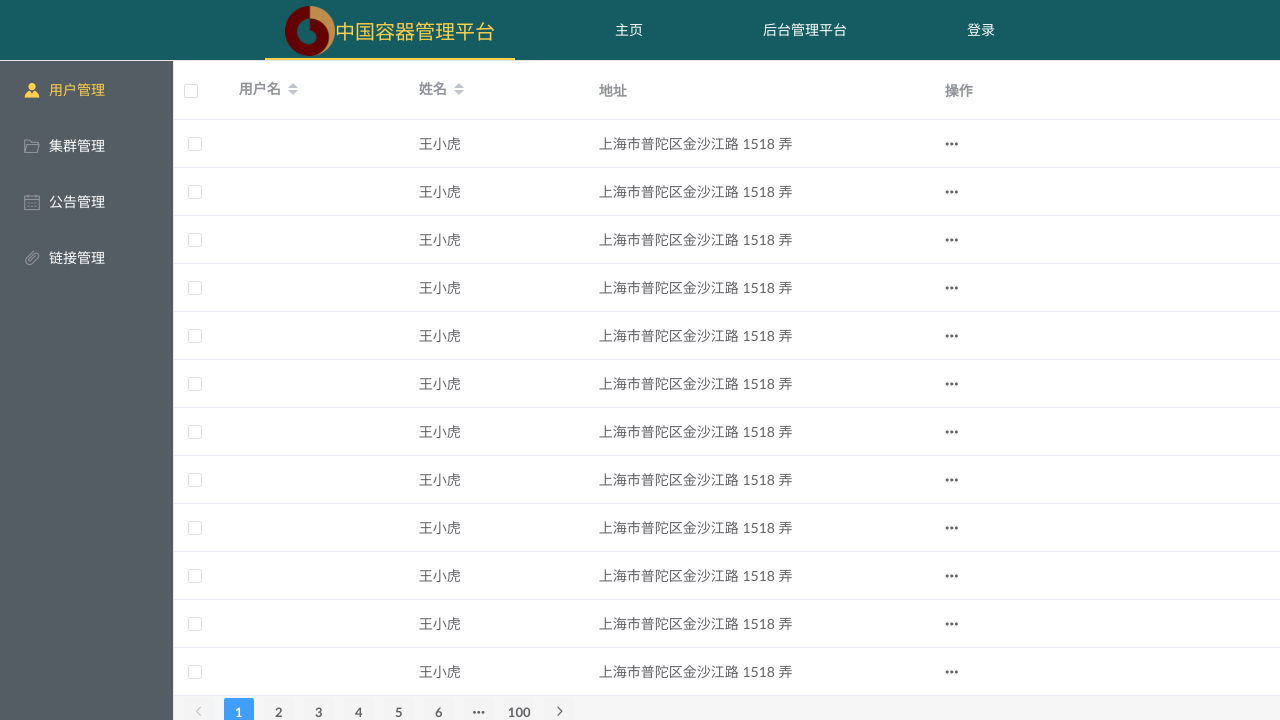
Repository: lei123zhou/zhongjin
Page: /main/management/user
These files come from the project's save history. The page is drawn as it stood at one moment and after a run of saves; the edit follows.
The browser window is 1280 px wide. The pictures show the whole page.
The project was rebuilt for these pictures with package versions that can differ from the ones it lists, and the page was loaded fresh each time. Also part of the build but not shown: vue.config.js.

Above is the page before, as saved 2022-08-29 22:13:04.

### src/main.js
import Vue from "vue";
import App from "./App.vue";

Vue.config.productionTip = false;
import "./plugins/element";

import "./main.less";
import router from "./route/index.js";
import store from "./store/index.js";
new Vue({
  router,
  store,
  render: (h) => h(App),
}).$mount("#app");

### src/App.vue
<template>
  <div id="app">
    <router-view></router-view>
  </div>
</template>

<script>
export default {
};
</script>

<style>
#app{
  height: 100%;
  overflow: hidden;

}
</style>>

### src/plugins/element.js
import Vue from "vue";
import {
  Button,
  Form,
  Input,
  Icon,
  FormItem,
  Loading,
  Card,
  Menu,
  MenuItem,
  Submenu,
  Table,
  TableColumn,
  Dropdown,
  DropdownMenu,
  DropdownItem,
  Tooltip,
  Popover,
  Pagination,
  Link,
  Dialog,
  Row,
  Col,
} from "element-ui";
import "element-ui/lib/theme-chalk/index.css";
Vue.use(Button);
Vue.use(Form);
Vue.use(Input);
Vue.use(Icon);
Vue.use(FormItem);
Vue.use(Card);
Vue.use(Menu);
Vue.use(MenuItem);
Vue.use(Submenu);
Vue.use(Table);
Vue.use(TableColumn);
Vue.use(Dropdown);
Vue.use(DropdownMenu);
Vue.use(DropdownItem);
Vue.use(Tooltip);
Vue.use(Popover);
Vue.use(Pagination);
Vue.use(Link);
Vue.use(Dialog);
Vue.use(Row);
Vue.use(Col);
Vue.use(Loading);

### src/main.less
@media (min-width:0px){
    html{font-size:12px;}
}
@media (min-width: 320px){
    html{font-size:12px;}
}
@media (min-width: 340px){
    html{font-size:13px;}
}
@media (min-width: 360px){
    html{font-size:14px;}
}
@media (min-width: 380px){
    html{font-size:15px;}
}
@media (min-width: 400px){
    html{font-size:15px;}
}
@media (min-width: 420px){
    html{font-size:16px;}
}
*{
    margin: 0;
    padding: 0;
}
ul,ol,li,dl{
    list-style-type: none;
}
a{
    text-decoration: none;
}
html,body{
    height: 100%;

    overflow: hidden;

}
body{
    font-family: 'Trebuchet MS', 'Lucida Sans Unicode', 'Lucida Grande', 'Lucida Sans', Arial, sans-serif;
    color: #666;
    line-height: 1.5;
}
.bottom-border,
.top-border {
  position: relative;
}

.bottom-border::after,
.top-border::before {
  content: '';
  position: absolute;
  left: 0;
  right: 0;
  height: 1px;
  background-color:#d43c33;
  transform: scaleY(0.5);
}

.top-border::before {
  top: 0;
}

.bottom-border::after {
  bottom: 0;
}

### src/route/index.js
import Vue from "vue";
import VueRouter from "vue-router";
Vue.use(VueRouter);
const originPush = VueRouter.prototype.push;
VueRouter.prototype.push = function push(location) {
  return originPush.call(this, location).catch((err) => err);
};
const routes = [
  { path: "/", redirect: "/login" },
  {
    path: "/login",
    name: "login",
    component: () => import("../pages/login/LoginPage.vue"),
  },
  {
    path: "/main",
    name: "main",
    component: () => import("../pages/main/MainPage.vue"),
    children: [
      { path: "", redirect: "/main/home" },
      {
        path: "home",
        name: "home",
        component: () => import("../pages/home/HomePage.vue"),
      },
      {
        path: "management",
        name: "management",
        component: () => import("../pages/management/ManagementPage.vue"),
        children: [
          { path: "", redirect: "/main/management/user" },
          {
            path: "user",
            name: "user",
            component: () => import("../pages/management/user/UserPage.vue"),
          },
          {
            path: "link",
            name: "link",
            component: () => import("../pages/management/link/LinkPage.vue"),
          },
          {
            path: "colony",
            name: "colony",
            component: () =>
              import("../pages/management/colony/ColonyPage.vue"),
          },
          {
            path: "notice",
            name: "notice",
            component: () =>
              import("../pages/management/notice/NoticePage.vue"),
          },
        ],
      },
    ],
  },
];
const router = new VueRouter({
  routes,
  mode: "history",
});
export default router;

### src/store/index.js
import Vue from 'vue';
import Vuex from 'vuex';
Vue.use(Vuex);
export default new Vuex.Store({
    state:{},
    getters:{},
    mutations:{}
})

### src/pages/main/MainPage.vue
<template>
  <div class="main">
    <div class="heard">
      <el-menu
        :default-active="activeIndex2"
        class="el-menu-demo"
        mode="horizontal"
        @select="handleSelect"
        background-color="#145c61"
        text-color="#fff"
        active-text-color="#ffd04b"
      >
        <el-menu-item index="1">
          <template slot="title">
            <img src="../../assets/u2.png" alt="" id="logo" />
            <span class="login-title">中国容器管理平台</span>
          </template></el-menu-item
        >
        <el-menu-item index="2">主页</el-menu-item>
        <el-menu-item index="3" @click="toManagement"
          >后台管理平台</el-menu-item
        >
        <el-menu-item index="null">登录</el-menu-item>
      </el-menu>
    </div>
    <router-view></router-view>
  </div>
</template>

<script>
export default {
  data() {
    return {
      activeIndex: "1",
      activeIndex2: "1",
    };
  },
  methods: {
    handleSelect(key, keyPath) {
      console.log(key, keyPath);
    },
    toManagement() {
      this.$router.push("/main/management");
    },
  },
};
</script>
<style lang="less" scoped>
.main {
  display: flex;
  flex-direction: column;
  justify-content: start;
  background-color: #f6f6f6;
  height: 100%;
  .heard {
    width: 100%;
    background-color: "#145c61";
  }
}
.login-title {
  font-size: 20px;
  line-height: 61px;
}
.clearfix {
  display: flex;
  align-content: center;
  justify-content: space-around;
}
#logo {
  width: 50px;
}
/deep/.el-menu.el-menu--horizontal {
  display: flex;
  justify-content: center;
  li {
    margin: 0 40px;
    padding: 0 20px;
  }
}
</style>

### src/pages/management/ManagementPage.vue
<template>
  <div class="manangement">
    <el-menu
      default-active="user"
      class="el-menu-vertical-demo"
      @open="handleOpen"
      @close="handleClose"
      background-color="#545c64"
      text-color="#fff"
      active-text-color="#ffd04b"
      router
    >
      <el-menu-item index="user">
        <i class="el-icon-s-custom"></i>
        <span slot="title">用户管理</span>
      </el-menu-item>
      <el-menu-item index="colony">
        <i class="el-icon-folder-opened"></i>
        <span slot="title">集群管理</span>
      </el-menu-item>
      <el-menu-item index="notice">
        <i class="el-icon-date"></i>
        <span slot="title">公告管理</span>
      </el-menu-item>
      <el-menu-item index="link">
        <i class="el-icon-paperclip"></i>
        <span slot="title">链接管理</span>
      </el-menu-item>
    </el-menu>
    <router-view></router-view>
  </div>
</template>

<script>
export default {
  methods: {
    handleOpen(key, keyPath) {
      console.log(key, keyPath);
    },
    handleClose(key, keyPath) {
      console.log(key, keyPath);
    },
  },
};
</script>

<style lang="less" scoped>
.manangement {
  display: flex;
  width: 100%;
  height: 100%;
  .el-menu{
    width: 200px;
  }
}

</style>

### src/pages/management/user/UserPage.vue
<template>
  <div class="user">
    <el-table
      ref="multipleTable"
      :data="tableData"
      tooltip-effect="dark"
      style="width: 100%"
      @selection-change="handleSelectionChange"
    >
      <el-table-column type="selection" width="55"> </el-table-column>
      <el-table-column prop="username" label="用户名" sortable width="180">
      </el-table-column>
      <el-table-column prop="name" label="姓名" sortable width="180">
      </el-table-column>
      <el-table-column prop="address" label="地址" :formatter="formatter">
      </el-table-column>
      <el-table-column label="操作">
        <el-popover placement="right" width="40" trigger="hover">
          <template slot-scope="scope">
            <el-button size="mini" @click="handleEdit(scope.$index, scope.row)"
              >编辑</el-button
            >
            <el-button
              size="mini"
              type="danger"
              @click="handleDelete(scope.$index, scope.row)"
              >删除</el-button
            >
          </template>
          <i slot="reference" class="el-icon-more"></i>
        </el-popover>
      </el-table-column>
    </el-table>
    <el-pagination background layout="prev, pager, next" :total="1000">
    </el-pagination>
    <div style="margin-top: 20px" v-if="allDel">
      <el-button @click="toggleSelection([tableData[1], tableData[2]])"
        >全部删除</el-button
      >
      <el-button @click="toggleSelection()">取消选择</el-button>
    </div>
  </div>
</template>

<script>
export default {
  data() {
    return {
      allDel: false,
      tableData: [
        {
          date: "2016-05-03",
          name: "王小虎",
          address: "上海市普陀区金沙江路 1518 弄",
        },
        {
          date: "2016-05-03",
          name: "王小虎",
          address: "上海市普陀区金沙江路 1518 弄",
        },
        {
          date: "2016-05-03",
          name: "王小虎",
          address: "上海市普陀区金沙江路 1518 弄",
        },
        {
          date: "2016-05-03",
          name: "王小虎",
          address: "上海市普陀区金沙江路 1518 弄",
        },
        {
          date: "2016-05-03",
          name: "王小虎",
          address: "上海市普陀区金沙江路 1518 弄",
        },
        {
          date: "2016-05-03",
          name: "王小虎",
          address: "上海市普陀区金沙江路 1518 弄",
        },
        {
          date: "2016-05-03",
          name: "王小虎",
          address: "上海市普陀区金沙江路 1518 弄",
        },
        {
          date: "2016-05-03",
          name: "王小虎",
          address: "上海市普陀区金沙江路 1518 弄",
        },
        {
          date: "2016-05-03",
          name: "王小虎",
          address: "上海市普陀区金沙江路 1518 弄",
        },
        {
          date: "2016-05-02",
          name: "王小虎",
          address: "上海市普陀区金沙江路 1518 弄",
        },
        {
          date: "2016-05-04",
          name: "王小虎",
          address: "上海市普陀区金沙江路 1518 弄",
        },
        {
          date: "2016-05-01",
          name: "王小虎",
          address: "上海市普陀区金沙江路 1518 弄",
        },
      ],
    };
  },
  methods: {
    toggleSelection(rows) {
      if (rows) {
        rows.forEach((row) => {
          this.$refs.multipleTable.toggleRowSelection(row);
        });
      } else {
        this.$refs.multipleTable.clearSelection();
      }
    },
    handleSelectionChange(val) {
      this.multipleSelection = val;
      this.allDel = !this.allDel;
    },
    // 编辑删除
    handleEdit(index, row) {
      console.log(index, row);
    },
    handleDelete(index, row) {
      console.log(index, row);
    },

    formatter(row) {
      return row.address;
    },
  },
};
</script>

<style lang="less" scoped>
.user{
    width:100%;
}
</style>

Loaded but not shown: public/index.html (common file)

After the next 2 saves:
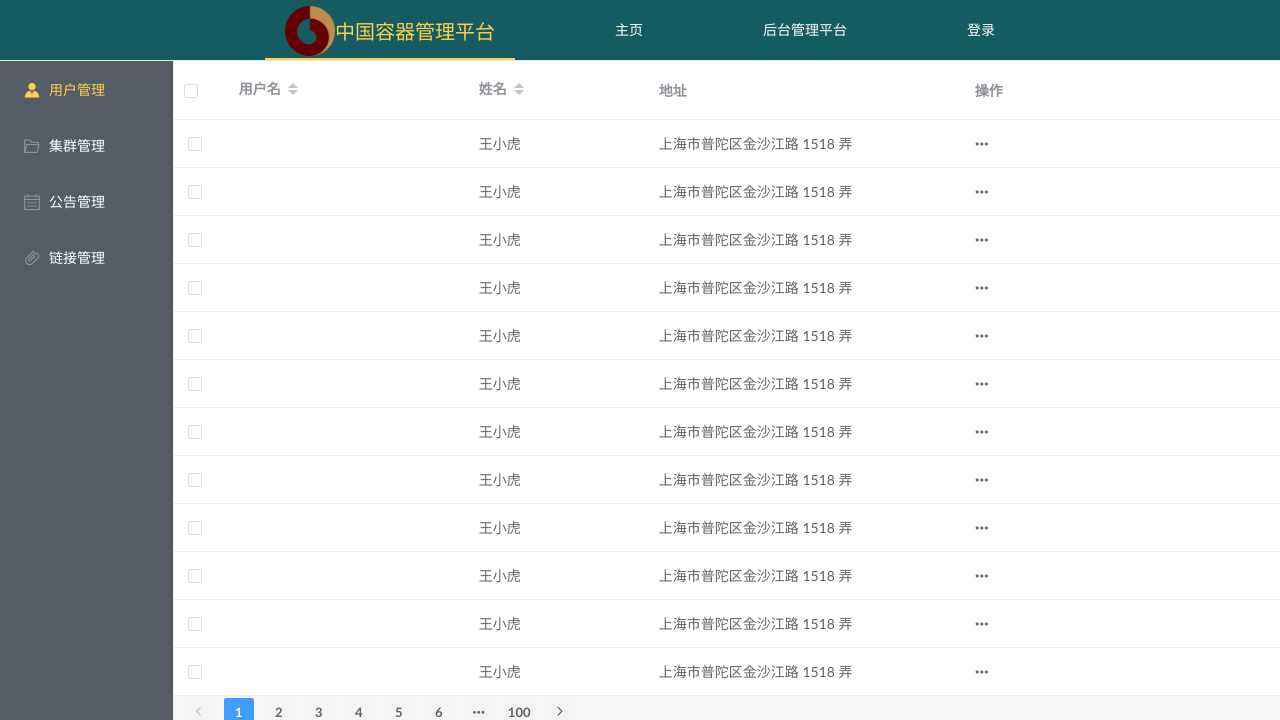
The 2 saves are shown as one change because they came seconds apart.
The last was saved 12 s later.
--- a/src/pages/management/user/UserPage.vue
+++ b/src/pages/management/user/UserPage.vue
@@ -8,7 +8,7 @@
       @selection-change="handleSelectionChange"
     >
       <el-table-column type="selection" width="55"> </el-table-column>
-      <el-table-column prop="username" label="用户名" sortable width="180">
+      <el-table-column prop="username" label="用户名" sortable width="240">
       </el-table-column>
       <el-table-column prop="name" label="姓名" sortable width="180">
       </el-table-column>

After the save that followed:
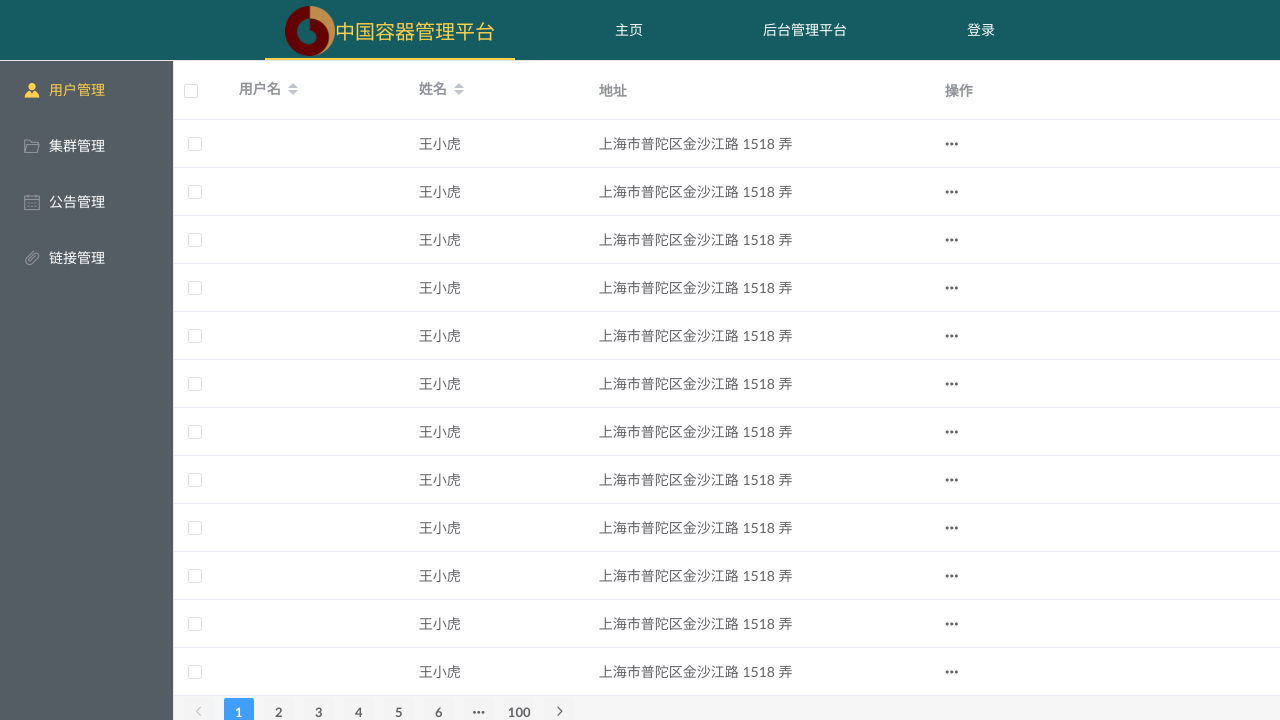
Saved 53 s later.
--- a/src/pages/management/user/UserPage.vue
+++ b/src/pages/management/user/UserPage.vue
@@ -8,7 +8,7 @@
       @selection-change="handleSelectionChange"
     >
       <el-table-column type="selection" width="55"> </el-table-column>
-      <el-table-column prop="username" label="用户名" sortable width="240">
+      <el-table-column prop="username" label="用户名" sortable width="180">
       </el-table-column>
       <el-table-column prop="name" label="姓名" sortable width="180">
       </el-table-column>
